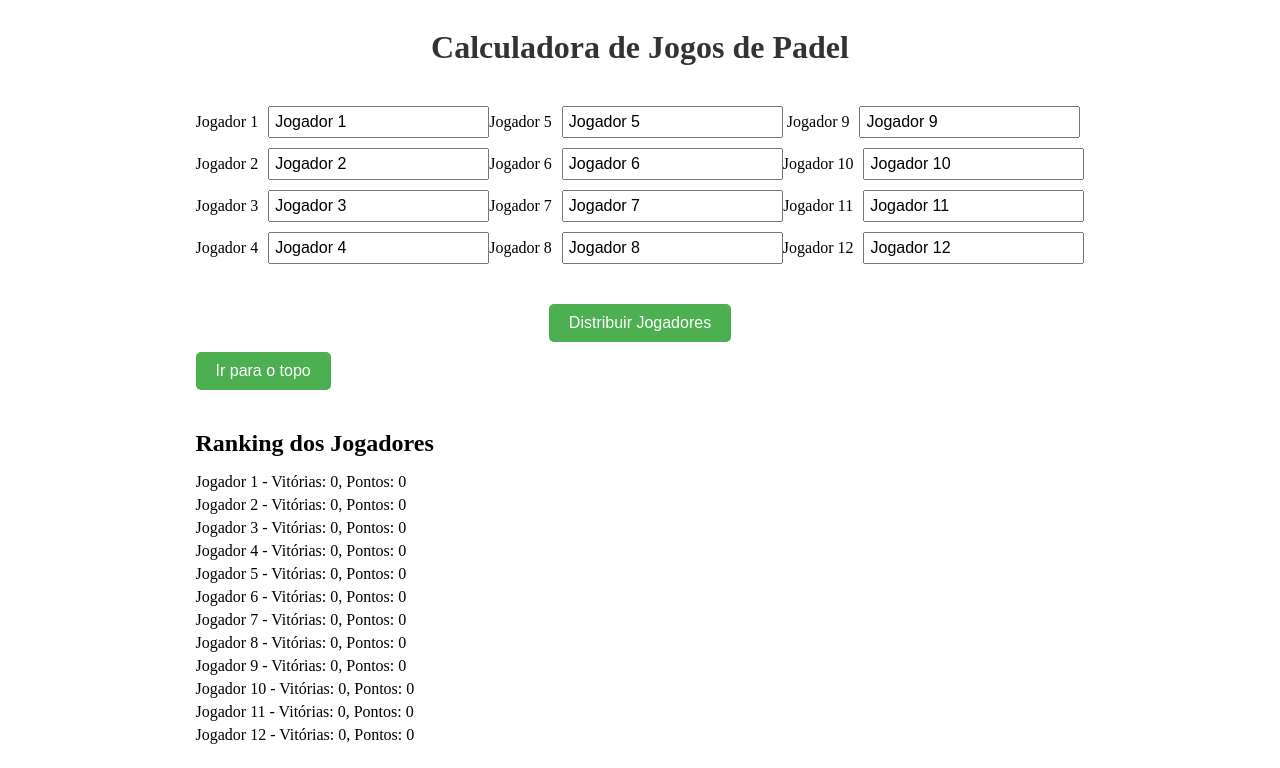
Repository: MarcioMiguel22/PadelMaster
Page: /calculadora
These files come from the project's save history. The page is drawn as it stood at one moment and after the next save; the edit follows.
The browser window is 1280 px wide. The pictures show the whole page.
The project was rebuilt for these pictures with package versions that can differ from the ones it lists, and the page was loaded fresh each time. Also part of the build but not shown: vite.config.ts, src/pages/Home/Home.tsx, src/index.css.

Above is the page before, as saved 2024-06-13 23:36:25.

After the next save:
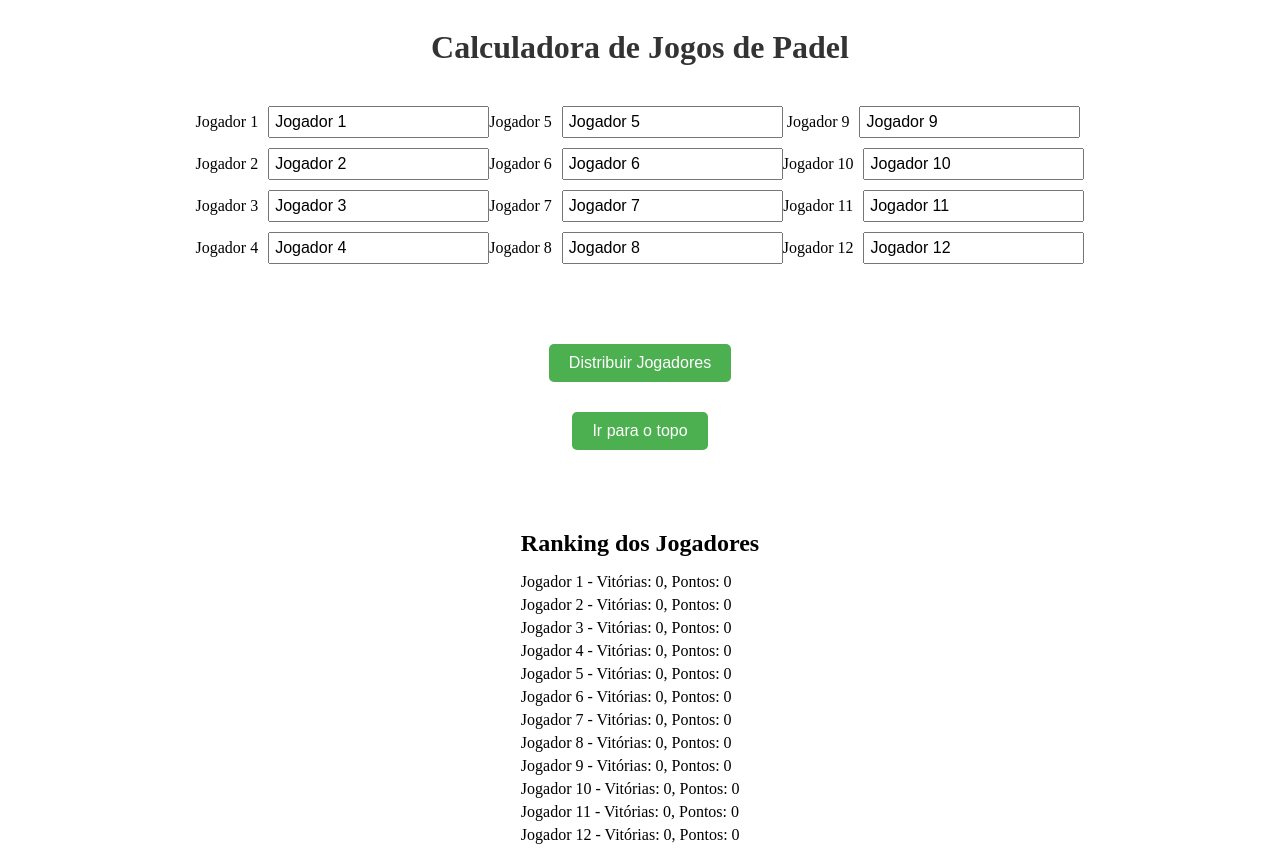
Saved 86 s later.
--- a/src/pages/Calculadora/Calculadora.css
+++ b/src/pages/Calculadora/Calculadora.css
@@ -1,6 +1,13 @@
 .calculadora-container {
   /* padding: 20px;
   text-align: center; */
+  display: flex;
+  flex-direction: column;
+  align-items: center;
+  gap: 20px;
+}
+
+.main-content {
   display: flex;
   flex-direction: column;
   align-items: center;

After the save that followed:
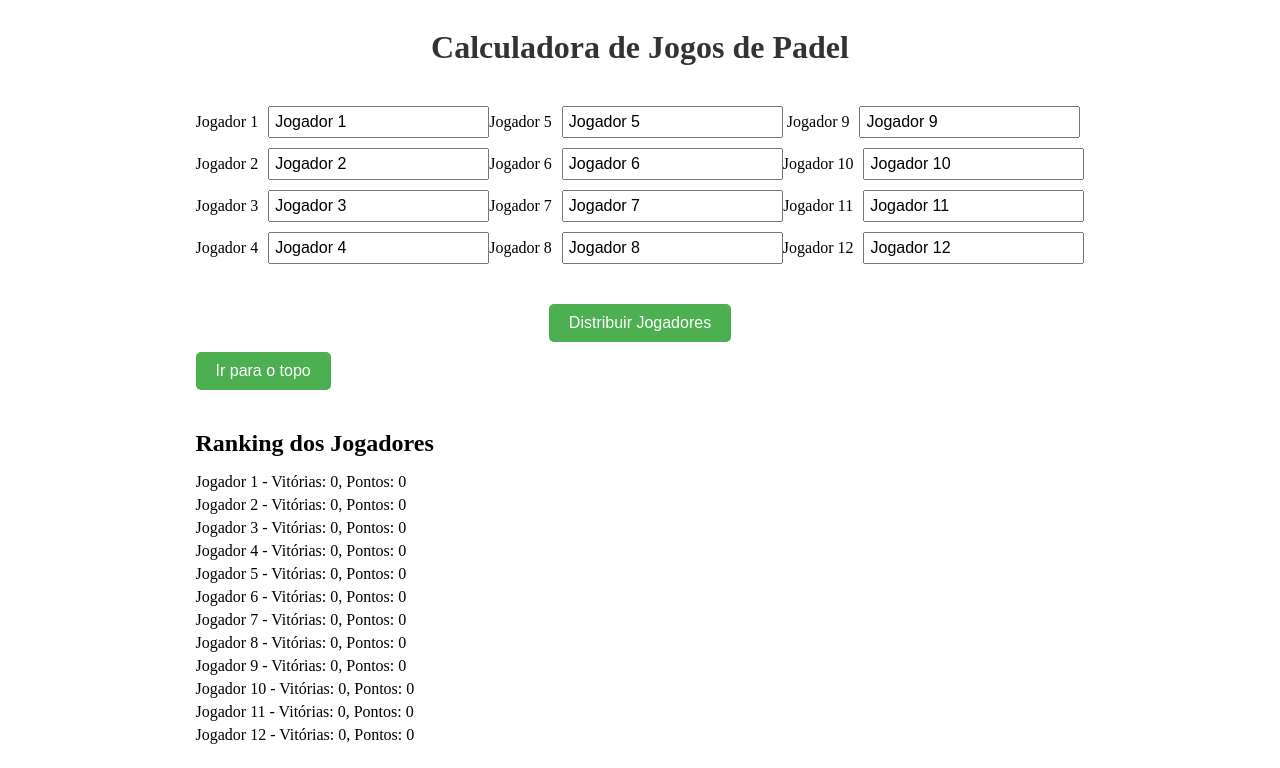
Saved 60 s later.
--- a/src/pages/Calculadora/Calculadora.css
+++ b/src/pages/Calculadora/Calculadora.css
@@ -8,15 +8,15 @@
 }
 
 .main-content {
-  display: flex;
+  /* display: flex;
   flex-direction: column;
   align-items: center;
-  gap: 20px;
+  gap: 20px; */
 }
 
 .jogadores-lista {
   display: flex;
-  /* justify-content: space-around; */
+  justify-content: space-between;
   margin-bottom: 20px;
 }
 
